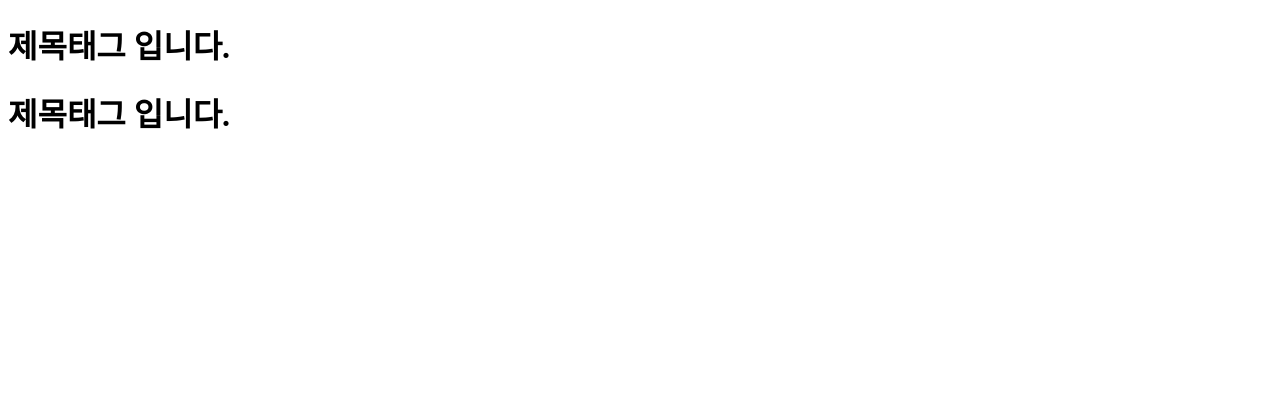
Repository: Devhyeongseon/Academy_Jsp
Page: JSPBasic/src/main/webapp/HTML/index01_P.html
The author's editor kept a copy of each file at every save. The page is drawn from the files as they stood at one save, then again after the next save.
The browser window is 1280 px wide. The pictures show the whole page.

Above is the page before, as saved 2024-01-09 08:28:26.

### JSPBasic/src/main/webapp/HTML/index01_P.html
<!DOCTYPE html>
<html>

<head>
	<meta charset="UTF-8">
	<title>Insert title here</title>
</head>

	<h1> 제목태그 입니다.</h1><h1> 제목태그 입니다.</h1>

<body>

</body>
</html>

After the next save:
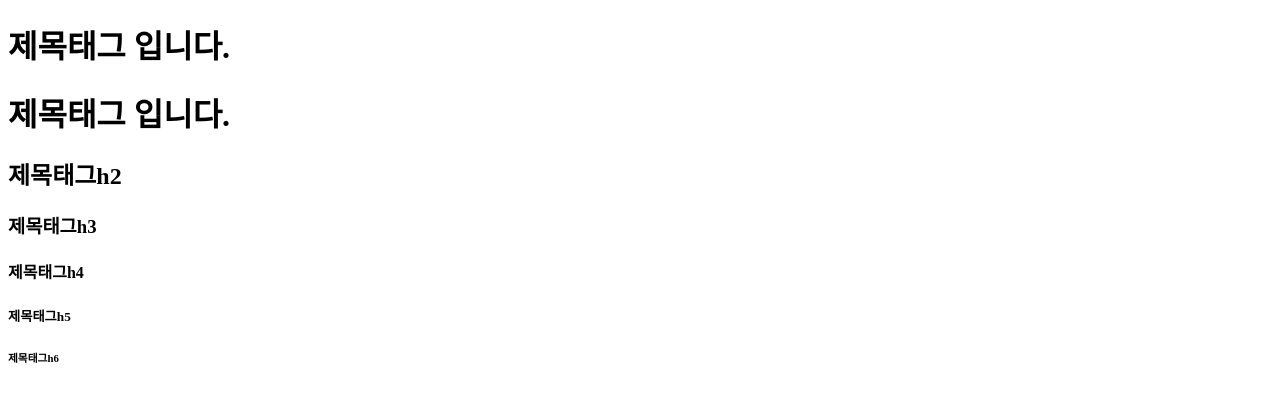
Saved 74 s later.
--- a/JSPBasic/src/main/webapp/HTML/index01_P.html
+++ b/JSPBasic/src/main/webapp/HTML/index01_P.html
@@ -7,6 +7,12 @@
 </head>
 
 	<h1> 제목태그 입니다.</h1><h1> 제목태그 입니다.</h1>
+	<!--h 태그는 알아서 개행된다-->
+	<h2>제목태그h2</h2>
+	<h3>제목태그h3</h3>
+	<h4>제목태그h4</h4>
+	<h5>제목태그h5</h5>
+	<h6>제목태그h6</h6>
 
 <body>
 
